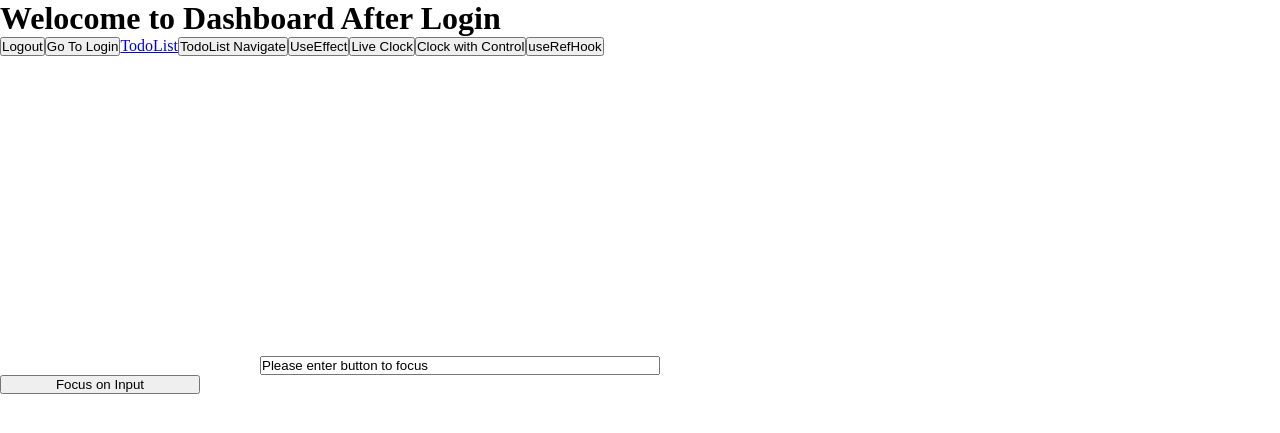
Repository: harshrathore123/ReactPractice
Page: /dashboard/useRefHook (app in my-app/)
These files come from the project's save history. The page is drawn as it stood at one moment and after a run of saves; the edit follows.
The browser window is 1280 px wide. The pictures show the whole page.
The project was rebuilt for these pictures with package versions that can differ from the ones it lists, and the page was loaded fresh each time. Also part of the build but not shown: my-app/vite.config.js, my-app/src/component/Desctructuing.jsx, my-app/src/component/FirstName.jsx, my-app/src/component/Increment.jsx, my-app/src/component/Event.jsx, my-app/src/component/Form.jsx, my-app/src/component/Rendering.jsx, my-app/src/component/RenderingList.jsx and 7 more.

Above is the page before, as saved 2025-10-13 12:51:16.

After the next 2 saves:
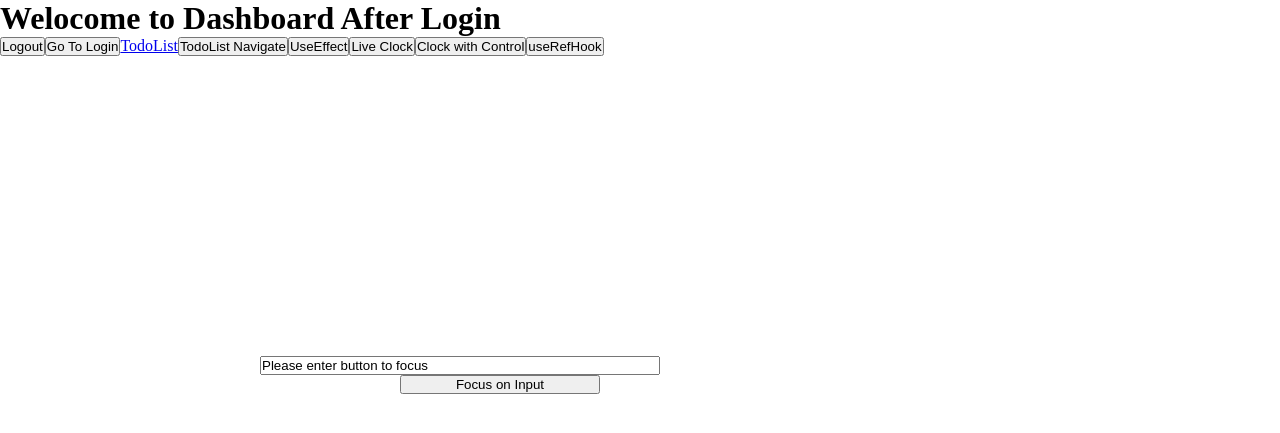
The 2 saves are shown as one change because they came seconds apart.
The last was saved 9 s later.
--- a/my-app/src/component/Hooks/useRefHook.jsx
+++ b/my-app/src/component/Hooks/useRefHook.jsx
@@ -7,7 +7,7 @@ export default function UseRefHook(){
         <>
         <div className="coainer" style={{display:"flex",justifyContent:"center",alignContent:"center",marginTop:"300px",flexDirection:"column"}}>
         <input type="text" placeholder="Please enter button to focus" style={{width:"400px",marginLeft:"260px"}} />
-        <button onClick={focusInput} style={{width:"200px",}}>Focus on Input</button>
+        <button onClick={focusInput} style={{width:"200px",marginLeft:"400px"}}>Focus on Input</button>
         </div>
 
         </>
